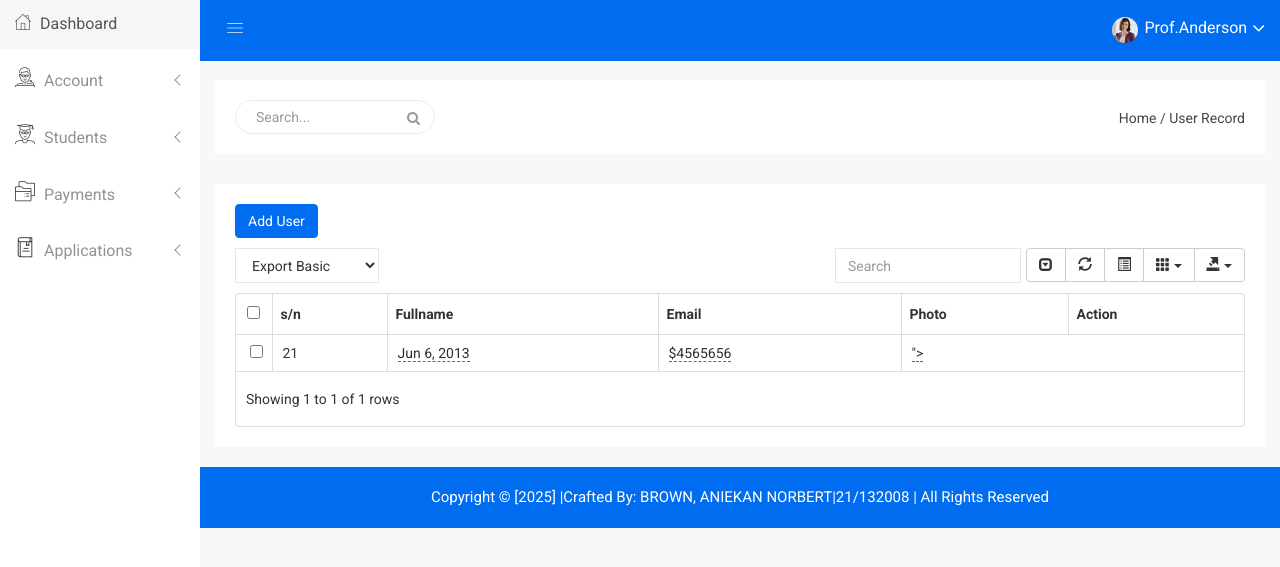
Repository: walterjnr1/crowdfunding-system
Page: http://localhost/Admin/user_record.php
The author's editor kept a copy of each file at every save. The page is drawn from the files as they stood at one save, then again after the next save.
The browser window is 1280 px wide. The pictures show the whole page.
The page is run by PHP 8.4 with error messages shown; the project is at /var/www/html/.

Above is the page before, as saved 2025-02-20 11:30:53.
Console error (its wording comes from the project's code and is left out).

After the next save:
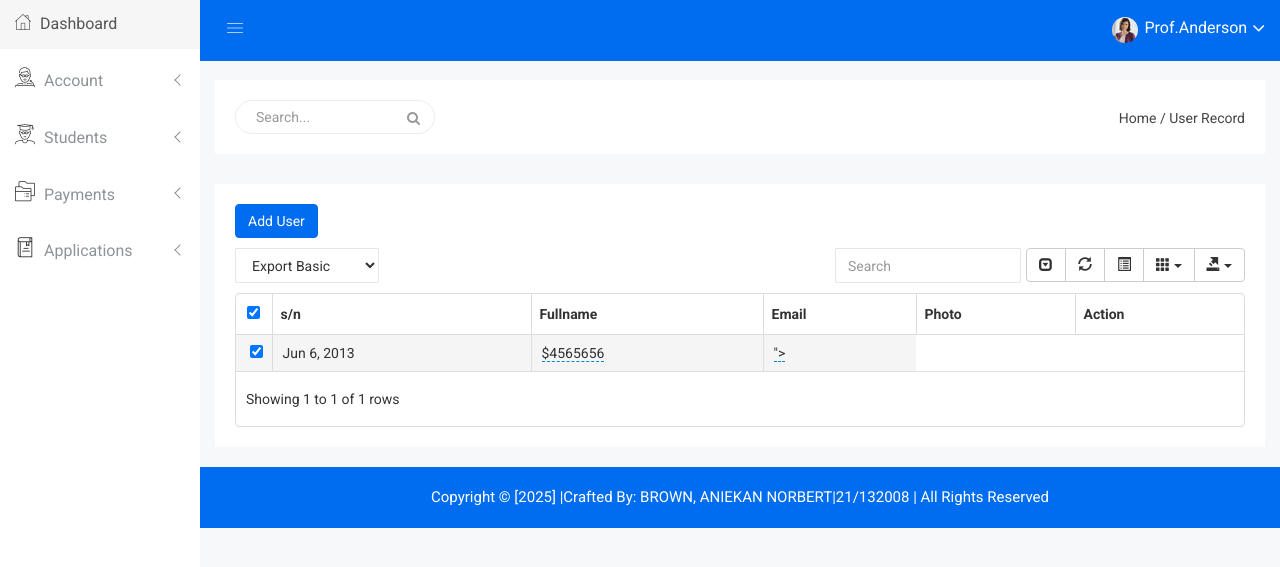
Saved 9 s later.
--- a/Admin/user_record.php
+++ b/Admin/user_record.php
@@ -126,7 +126,6 @@
 
 
                                              <tr>
-                                                <td></td>
                                                 <td>21</td>
                                                  <td>Jun 6, 2013</td>
                                                 <td>$4565656</td>

After the save that followed:
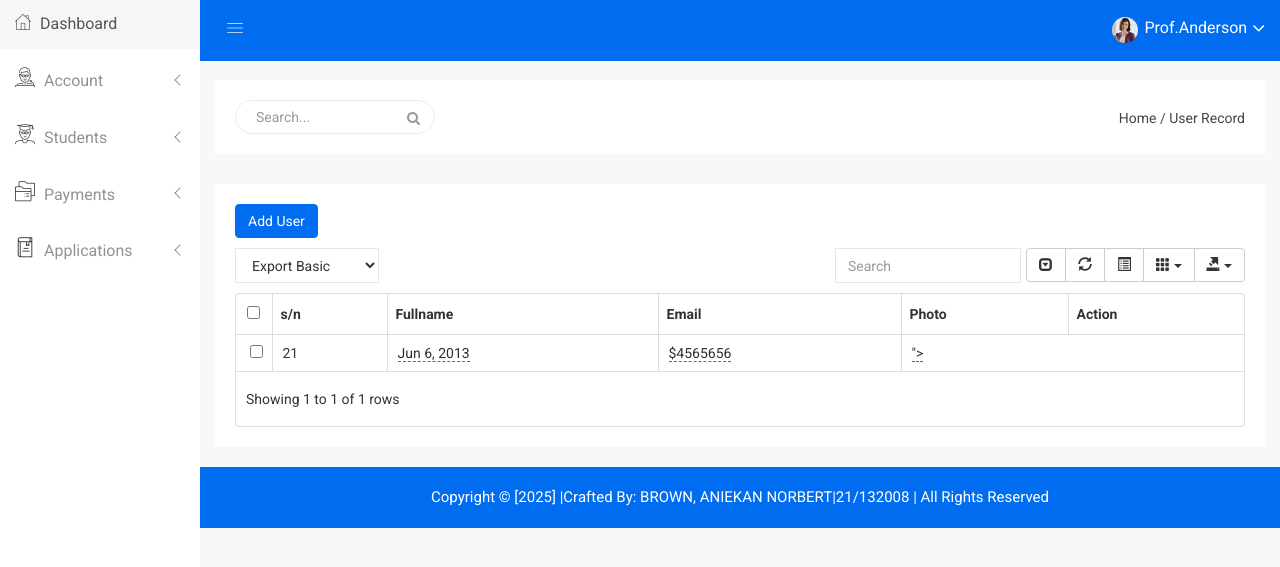
Saved 14 s later.
--- a/Admin/user_record.php
+++ b/Admin/user_record.php
@@ -126,6 +126,7 @@
 
 
                                              <tr>
+                                                <td></td>
                                                 <td>21</td>
                                                  <td>Jun 6, 2013</td>
                                                 <td>$4565656</td>
